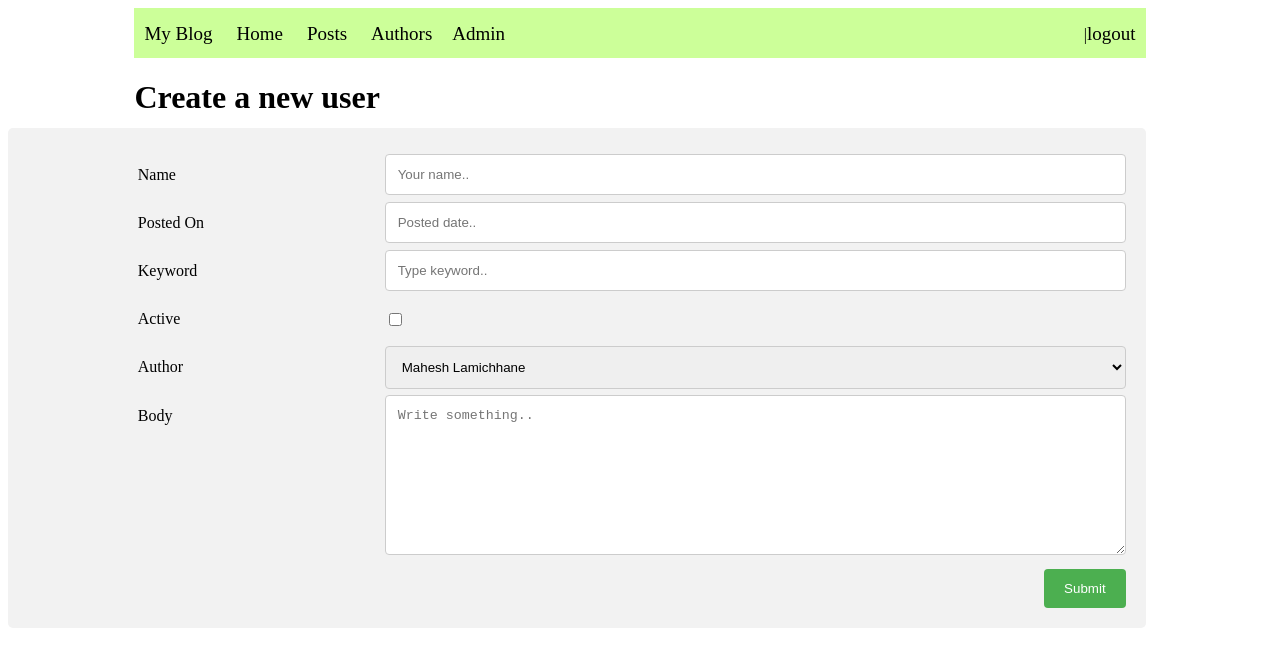
Repository: Software284/servlet-jsp-project
Page: http://localhost/Crud_WIth_Spring_Mvc_and_Hibernate_with_xml/WEB-INF/view/add.jsp
An editor plug-in stored every save of this project. The page is shown before and after the next save, followed by the edit.
The browser window is 1280 px wide. The pictures show the whole page.
The page is served by Tomcat 9. Nobody is signed in. The template is opened directly, without the code that normally fills it, so the values that code supplies are empty.

Above is the page before, as saved 2020-06-13 21:17:47.

After the next save:
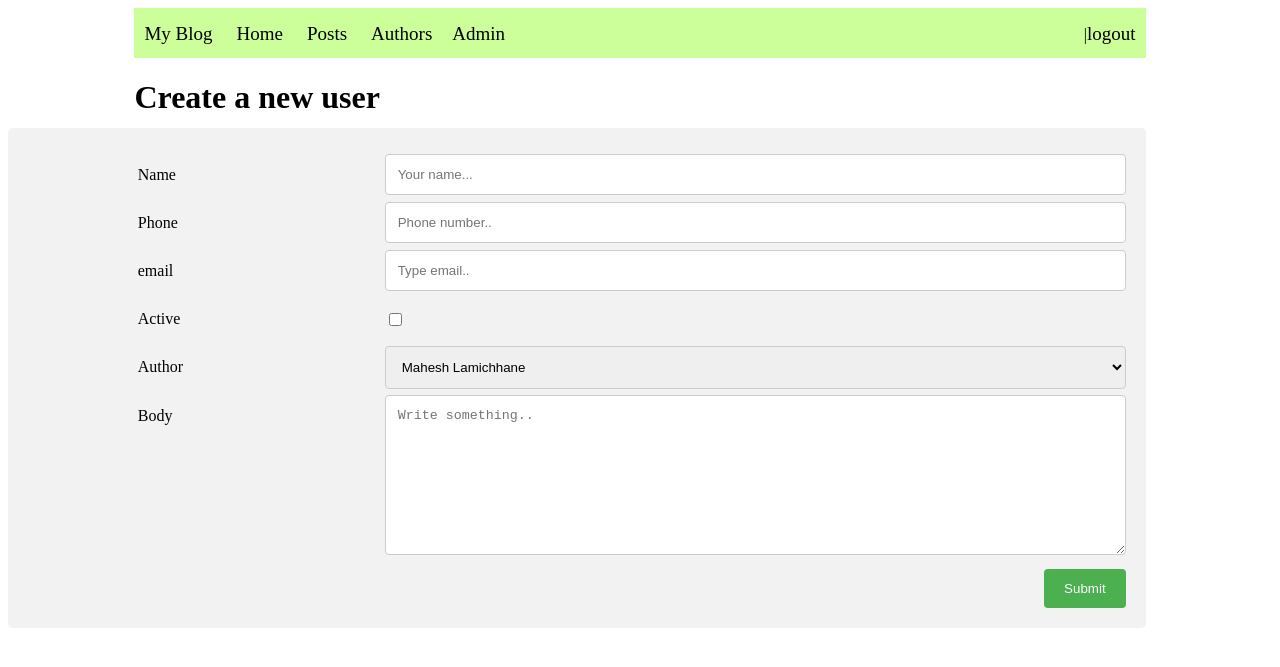
Saved 75 s later.
--- a/Crud WIth Spring Mvc and Hibernate with xml/WebContent/WEB-INF/view/add.jsp
+++ b/Crud WIth Spring Mvc and Hibernate with xml/WebContent/WEB-INF/view/add.jsp
@@ -222,23 +222,23 @@ input[type=submit]:hover {
       <label for=name"">Name</label>
     </div>
     <div class="col-75">
-      <input type="text" id="name" name="name" placeholder="Your name..">
-    </div>
-  </div>
-  <div class="row">
-    <div class="col-25">
-      <label for="postedon">Posted On</label>
-    </div>
-    <div class="col-75">
-      <input type="text" id="postedon" name="posted_on" placeholder="Posted date..">
+      <input type="text" id="name" name="name" placeholder="Your name...">
+    </div>
+  </div>
+  <div class="row">
+    <div class="col-25">
+      <label for="phone">Phone</label>
+    </div>
+    <div class="col-75">
+      <input type="text" id="phone" name="phone" placeholder="Phone number..">
     </div>
   </div>
    <div class="row">
     <div class="col-25">
-      <label for="keyword">Keyword</label>
-    </div>
-    <div class="col-75">
-      <input type="text" id="keyword" name="keyword" placeholder="Type keyword..">
+      <label for="email">email</label>
+    </div>
+    <div class="col-75">
+      <input type="text" id="email" name="email" placeholder="Type email..">
     </div>
    </div>
     <div class="row">
